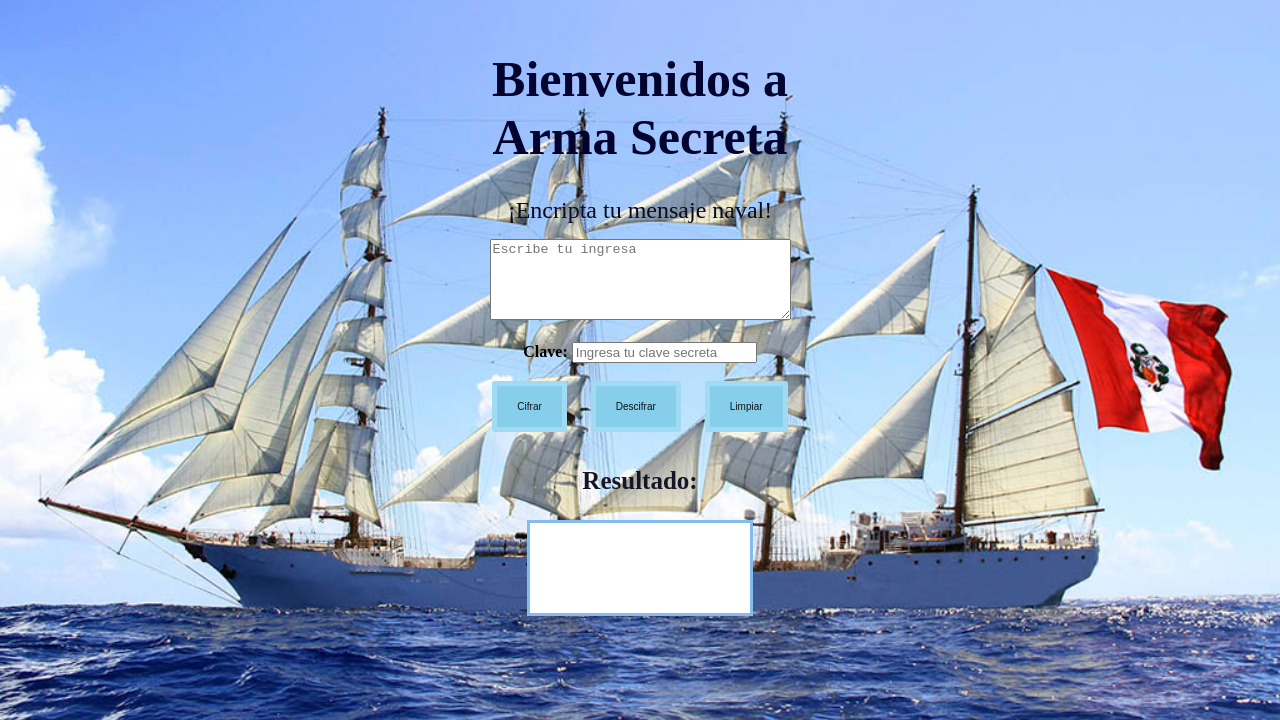
Repository: SusanaCahuantico/LIM009-Cipher
Page: src/index.html
The author's editor kept a copy of each file at every save. The page is drawn from the files as they stood at one save, then again after the next save.
The browser window is 1280 px wide. The pictures show the whole page.

Above is the page before, as saved 2025-03-05 11:50:05.

### src/index.html

<!DOCTYPE html>
<html lang="en">
<head>
  <meta charset="UTF-8">
  <title>Arma Secreta</title>
  <link rel="stylesheet" href="style.css">
</head>
<body>
  <h1>Bienvenidos a <br>
  Arma Secreta</h1>
  <h2>¡Encripta tu mensaje naval!</h2>
  <center>
  <div class="cajita">
      <textarea id="mensaje" cols="35" rows="5" placeholder="Escribe tu ingresa"></textarea>
      <br><br>
      <strong>Clave:</strong> <input type="text" id="offset" placeholder="Ingresa tu clave secreta">
      <br><br>
      <button id="cifrar" class="btn">Cifrar</button>
      <button id="descifrar" class="btn">Descifrar</button>
      <button id="limpiar" class="btn">Limpiar</button>
      <h3>Resultado:</h3>
      <p id="result"></p>
  </div>
</center>
  <script src="cipher.js"></script>
  <script src="index.js"></script>
</body>
</html>

### src/style.css
body {
    background-image: url(fondo/fondo4.jpg);
    background-position: center;
    background-repeat: no-repeat;
    background-attachment: fixed;
    background-size: cover;
}
h1{
    text-align: center;
    margin-top: 50px;
    font-size: 50px;
    color: rgb(3, 3, 48);
}
.cajita{
    margin: auto;

}
h2{
    text-align: center;
    line-height: 20px;
    font-weight: 200;
    color: rgb(10, 10, 31);
}
h3{
    margin-top: 35px;
    color: rgb(22, 22, 41);
    font-size: 25px;
    text-align: center;
}
p{
    text-align: center;
    font-style: solid;
    width: 200px;
    height: 70px;
    background-color: white;
    border: 3px;
    padding: 10px;
    border: 3px solid rgb(133, 188, 240);
    padding: 10px;
}
.btn{
    font-size: 10px;
    background-color: skyblue;
    color: rgb(13, 19, 24);
    border: 5px solid rgb(160, 219, 243);
    padding: 15px 20px 15px 20px;
    border-radius: 3px;
    margin: 0em 1em 0em;

}

### src/cipher.js
window.cipher = {
	encode: (offset, string) => {
		const despl = parseInt(offset);
		let result = "";

		for(let i=0; i<string.length; i++){
			let number = string.charCodeAt(i);
			if(number>=65 && number<=90){
				result += String.fromCharCode((number - 65 + despl ) % 26 + 65);
			}
			else if (number === 32) {
				 result += String.fromCharCode(32);
			}
			else if (number >= 97 && number <= 122) {
				result += String.fromCharCode((number-97 + despl) % 26 + 97);
			}
			else if (number >= 33 && number <= 64) {
				result += String.fromCharCode((number - 33 + despl) % 32 + 33);
			}
			else {
				result = "Fuera de rango";
			}
		}  return result;
	},

	decode: (offset, string) => {
		const despl = parseInt(offset);
		let result = "";

		for(let i=0; i<string.length; i++){
			let number = string.charCodeAt(i);
			if(number>=65 && number<=90){
				result += String.fromCharCode((number - 65 - despl) % 26 + 65);
			}
			else if (number === 32) {
				 result += String.fromCharCode(32);
			}
			else if (number >= 97 && number <= 122) {
				result += String.fromCharCode((number - 97 - despl) % 26 + 97);
			}
			else if (number >= 33 && number <= 64) {
				result += String.fromCharCode((number - 33 - despl) % 32 + 33);
			}
			else{
				result = "Fuera de rango";
			}
		}  return result;
	},
};

### src/index.js
const offset = document.getElementById("offset");
const mensaje = document.getElementById("mensaje");
const btncifrar = document.getElementById("cifrar");
const btndescifrar = document.getElementById("descifrar");
const resulta = document.getElementById("result");
const clear = document.getElementById("limpiar");

btncifrar.addEventListener("click", () => {
    const mensajeCapturado = mensaje.value;
    const offsetCapturado = offset.value;
    resulta.innerHTML = cipher.encode(offsetCapturado, mensajeCapturado);
});

btndescifrar.addEventListener("click", () => {
    const mensajeCapturado = mensaje.value;
    const offsetCapturado = offset.value;
    resulta.innerHTML = cipher.decode(offsetCapturado, mensajeCapturado);
});

clear.addEventListener("click", () => {
    mensaje.value = " ";
    offset.value = " ";
    resulta.innerHTML = " ";
});

After the next save:
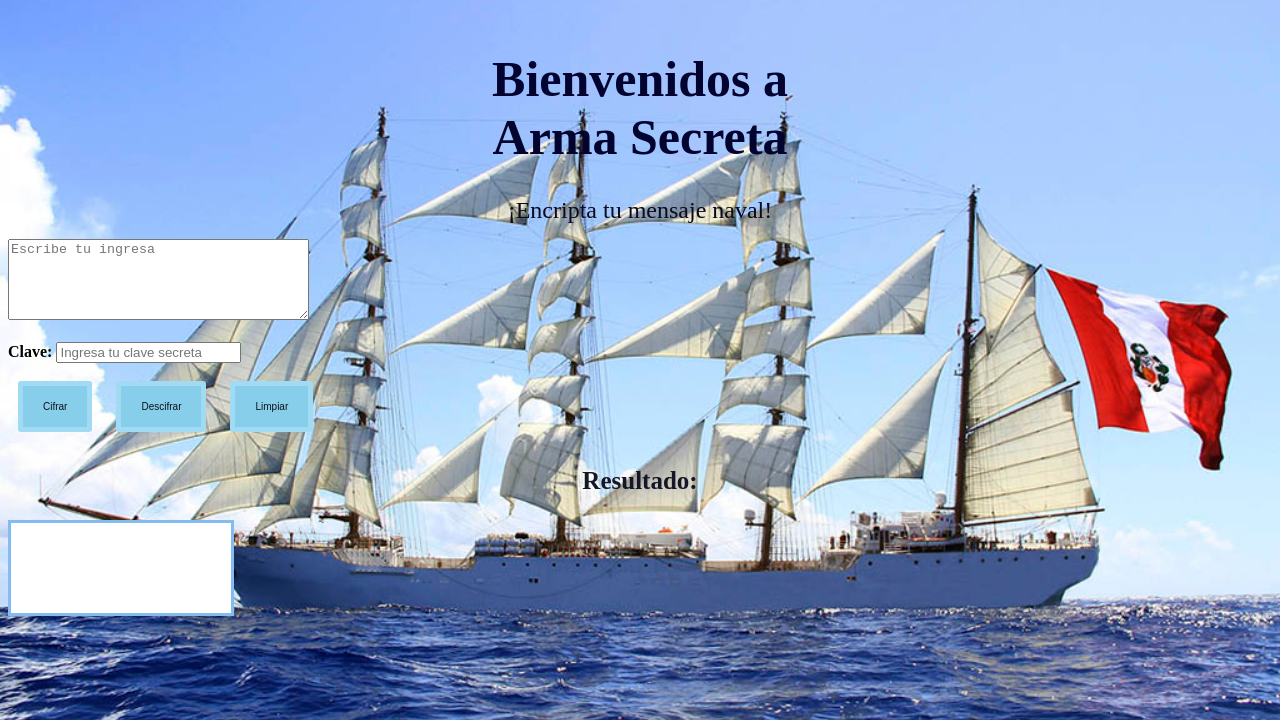
Saved 5 min 6 s later.
--- a/src/index.html
+++ b/src/index.html
@@ -10,7 +10,7 @@
   <h1>Bienvenidos a <br>
   Arma Secreta</h1>
   <h2>¡Encripta tu mensaje naval!</h2>
-  <center>
+  <section>
   <div class="cajita">
       <textarea id="mensaje" cols="35" rows="5" placeholder="Escribe tu ingresa"></textarea>
       <br><br>
@@ -22,7 +22,7 @@
       <h3>Resultado:</h3>
       <p id="result"></p>
   </div>
-</center>
+</section>
   <script src="cipher.js"></script>
   <script src="index.js"></script>
 </body>

After the save that followed:
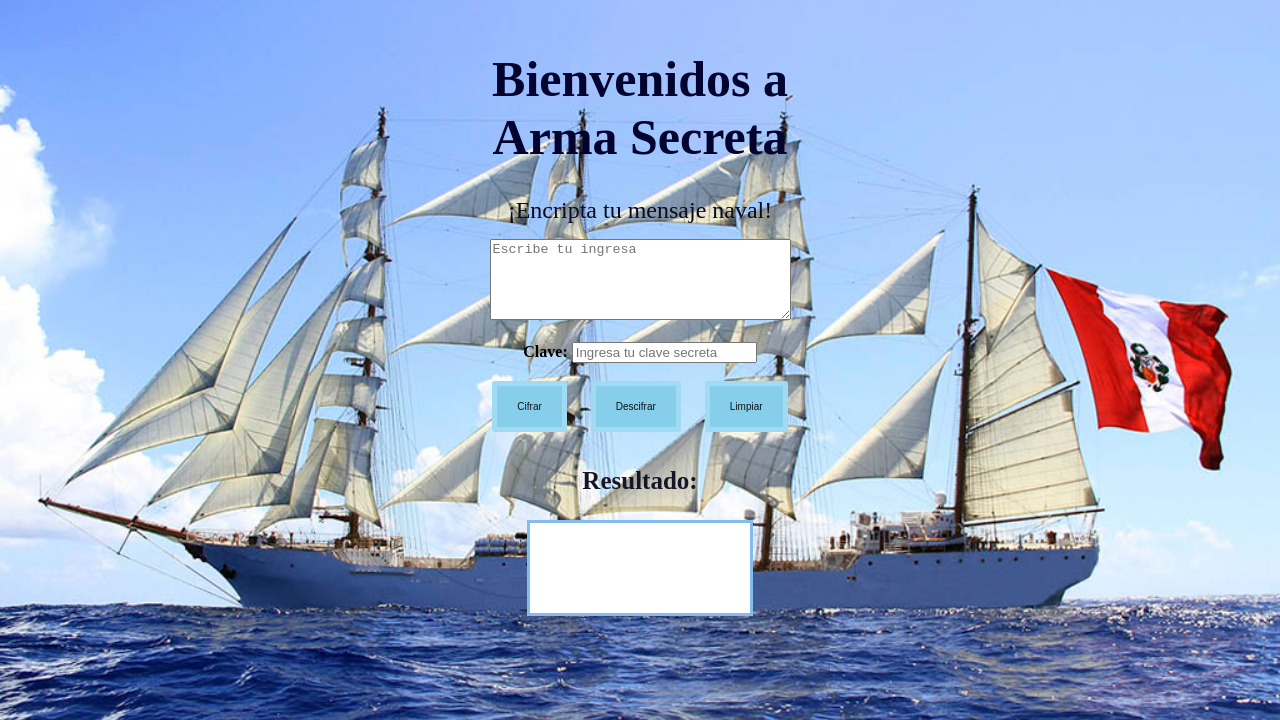
Saved 6 min 28 s later.
--- a/src/index.html
+++ b/src/index.html
@@ -10,7 +10,7 @@
   <h1>Bienvenidos a <br>
   Arma Secreta</h1>
   <h2>¡Encripta tu mensaje naval!</h2>
-  <section>
+  <center>
   <div class="cajita">
       <textarea id="mensaje" cols="35" rows="5" placeholder="Escribe tu ingresa"></textarea>
       <br><br>
@@ -22,7 +22,7 @@
       <h3>Resultado:</h3>
       <p id="result"></p>
   </div>
-</section>
+</center>
   <script src="cipher.js"></script>
   <script src="index.js"></script>
 </body>
